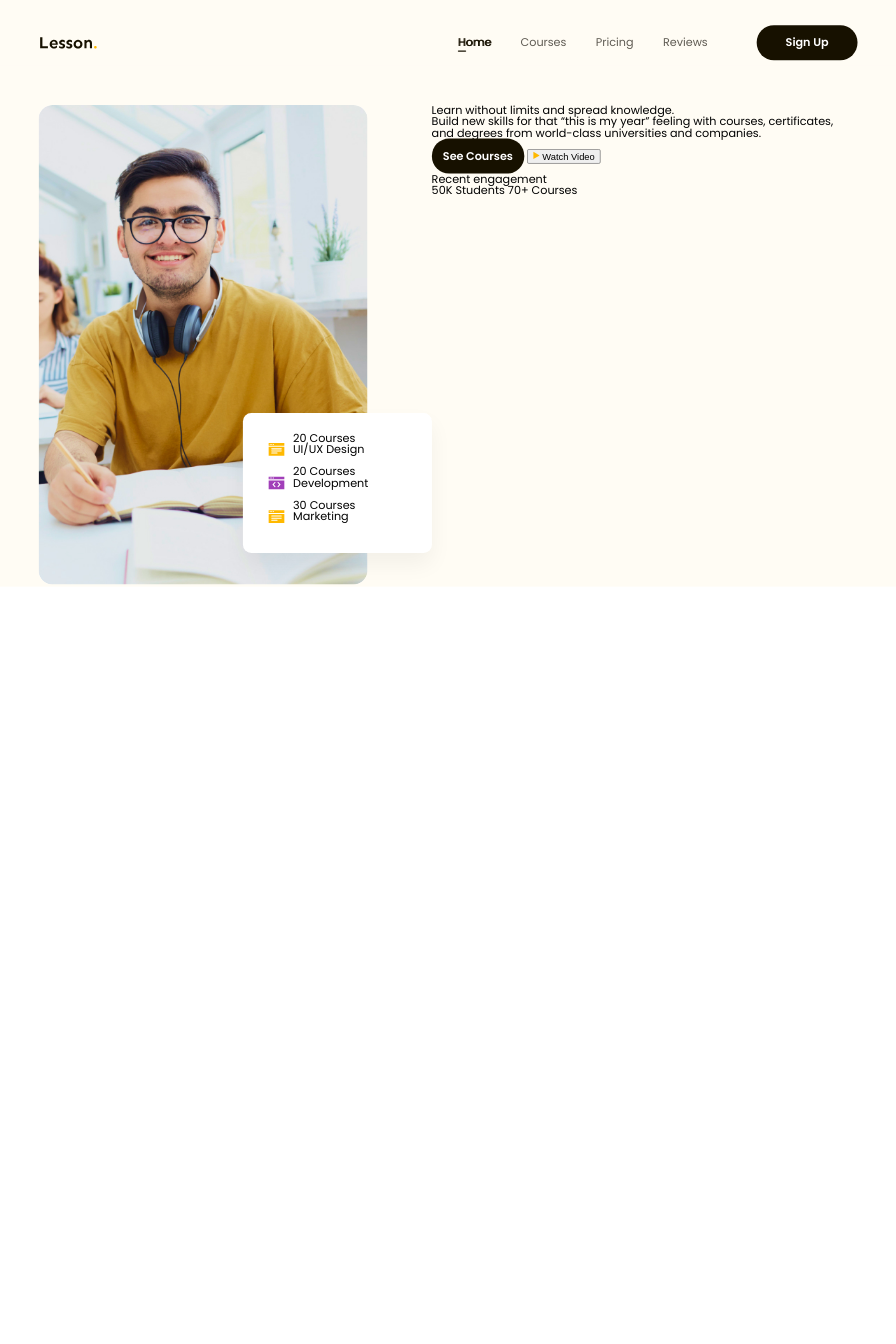
Repository: Tibi2003/f8-htmlcss-02
Page: index.html
These files come from the project's save history. The page is drawn as it stood at one moment and after the next save; the edit follows.
The browser window is 1280 px wide. The pictures show the part of the page from y = 0 to 1920 px (the page is 5000 px tall), at 70% of full size.

Above is the page before, as saved 2024-03-07 10:01:58.

### index.html
<!DOCTYPE html>
<html lang="en">
	<head>
		<meta charset="UTF-8" />
		<meta name="viewport" content="width=device-width, initial-scale=1.0" />
		<title>F8 Project 02</title>
		<!-- Reset CSS -->
		<link rel="stylesheet" href="./assets/css/reset.css" />
		<!-- Embed fonts -->
		<link rel="preconnect" href="https://fonts.googleapis.com" />
		<link rel="preconnect" href="https://fonts.gstatic.com" crossorigin />
		<link
			href="https://fonts.googleapis.com/css2?family=Poppins:ital,wght@0,100;0,200;0,300;0,400;0,500;0,600;0,700;0,800;0,900;1,100;1,200;1,300;1,400;1,500;1,600;1,700;1,800;1,900&family=Sen:wght@400..800&display=swap"
			rel="stylesheet" />
		<!-- Styles -->
		<link rel="stylesheet" href="./assets/css/styles.css" />
	</head>
	<body>
		<main style="height: 5000px">
			<!-- Header -->
			<header class="header fixed">
				<div class="main-content">
					<div class="body">
						<!-- Logo -->
						<img
							src="./assets/img/logo.svg"
							alt="Lesson."
							class="logo" />

						<!-- Nav -->
						<nav class="nav">
							<ul>
								<li class="active">
									<a href="#!">Home</a>
								</li>
								<li>
									<a href="#!">Courses</a>
								</li>
								<li>
									<a href="#!">Pricing</a>
								</li>
								<li>
									<a href="#!">Reviews</a>
								</li>
							</ul>
						</nav>

						<!-- Action -->
						<div class="action">
							<a href="#!" class="btn sign-up-btn">Sign Up</a>
						</div>
					</div>
				</div>
			</header>

			<!-- Hero -->
			<div class="hero">
				<div class="main-content">
					<div class="body">
						<!-- Hero left -->
						<div class="media-block">
							<img
								src="./assets/img/hero-img.jpg"
								alt="Learn without limits and spread knowledge."
								class="img" />

							<div class="hero-summary">
								<div class="item">
									<div class="icon">
										<img
											src="./assets/icons/list.svg"
											alt="" />
									</div>
									<div class="info">
										<p class="label">20 Courses</p>
										<p class="title">UI/UX Design</p>
									</div>
								</div>
								<div class="item">
									<div class="icon">
										<img
											src="./assets/icons/code.svg"
											alt="" />
									</div>
									<div class="info">
										<p class="label">20 Courses</p>
										<p class="title">Development</p>
									</div>
								</div>
								<div class="item">
									<div class="icon">
										<img
											src="./assets/icons/list.svg"
											alt="" />
									</div>
									<div class="info">
										<p class="label">30 Courses</p>
										<p class="title">Marketing</p>
									</div>
								</div>
							</div>
						</div>

						<!-- Hero right -->
						<div class="content-block">
							<h1 class="heading">
								Learn without limits and spread knowledge.
							</h1>
							<p class="desc">
								Build new skills for that “this is my year”
								feeling with courses, certificates, and degrees
								from world-class universities and companies.
							</p>
							<div class="cta-group">
								<a href="#!" class="btn">See Courses</a>
								<button class="watch-video">
									<div class="icon">
										<img
											src="./assets/icons/play.svg"
											alt="" />
										<span>Watch Video</span>
									</div>
								</button>
							</div>
							<p class="desc">Recent engagement</p>
							<p class="desc">
								<strong>50K</strong> Students
								<strong>70+</strong> Courses
							</p>
						</div>
					</div>
				</div>
			</div>
		</main>
	</body>
</html>

### assets/css/styles.css
* {
	box-sizing: border-box;
}

html {
	font-size: 62.5%;
}

body {
	font-size: 1.6rem;
	font-family: "Poppins", sans-serif;
}

/* Common */
.main-content {
	width: 1170px;
	max-width: calc(100% - 48px);
	margin-left: auto;
	margin-right: auto;
}

a {
	text-decoration: none;
}

.btn {
	display: inline-block;
	min-width: 118px;
	padding: 0 16px;
	line-height: 50px;
	color: #fff;
	text-align: center;
	font-size: 1.6rem;
	font-weight: 600;
	border-radius: 24.5px;
	background: #171100;
}

/* Header */
.header {
	background: #fffcf4;
}

.header.fixed {
	position: sticky;
	top: -28px;
}

.header .body {
	display: flex;
	align-items: center;
	padding: 36px 0 8px;
}

.nav {
	margin-left: auto;
}

.nav ul {
	display: flex;
}

.nav a {
	position: relative;
	padding: 8px 21px;
	color: #5f5b53;
	font-size: 1.6rem;
}

.nav a:hover,
.nav li.active a {
	/* font-weight: 600; */
	text-shadow: 1px 0 0 currentColor;
	color: #171100;
}

.nav li.active a::after {
	position: absolute;
	left: 21px;
	bottom: 6px;
	content: "";
	display: block;
	width: 12px;
	height: 2px;
	border-radius: 1px;
	background: #171100;
}

.header .sign-up-btn {
	min-width: 144px;
}

.header .action {
	margin-left: 49px;
}

/* Hero */
.hero {
	padding-top: 56px;
	background: #fffcf4;
}

.hero .body {
	display: flex;
}

.hero .media-block {
	position: relative;
	width: 48%;
}

.hero .media-block .img {
	width: 470px;
	height: 685px;
	object-fit: cover;
	border-radius: 20px;
}

.hero-summary {
	position: absolute;
	right: 0;
	bottom: 48px;
	width: 270px;
	padding: 28px 24px;
	border-radius: 12px;
	background: #fff;
	box-shadow: 0px 16px 32px 0px rgba(0, 0, 0, 0.05);
}

.hero-summary .item {
	display: flex;
}

.hero-summary .icon {
	width: 48px;
	height: 48px;
	border-radius: 50%;
	display: flex;
	align-items: center;
	justify-content: center;
}

.hero .content-block {
	width: 52%;
}

Loaded but not shown: assets/css/reset.css (common file)

After the next save:
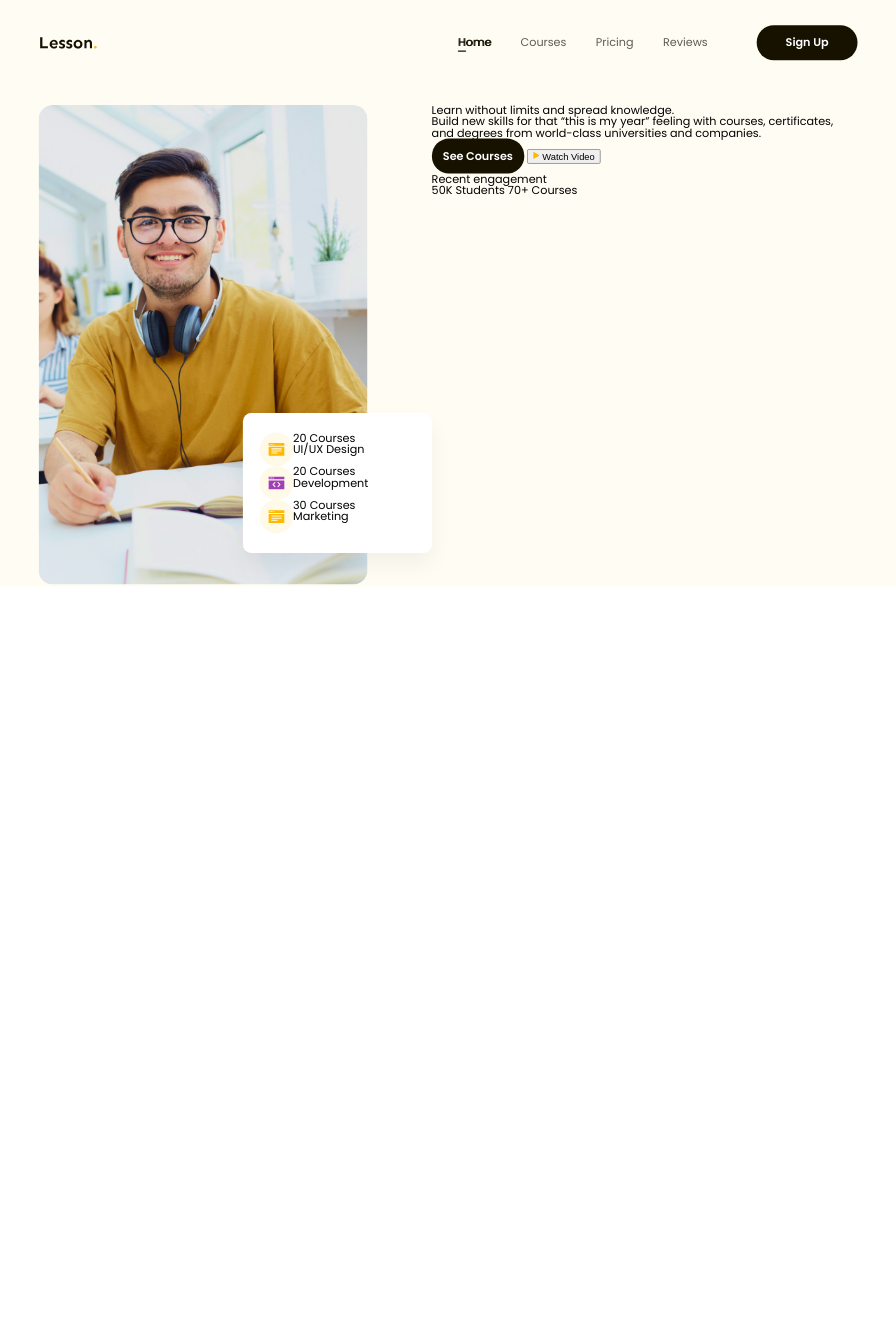
Saved 71 s later.
--- a/assets/css/styles.css
+++ b/assets/css/styles.css
@@ -138,6 +138,7 @@ a {
 	display: flex;
 	align-items: center;
 	justify-content: center;
+	background: #fff9e8;
 }
 
 .hero .content-block {
